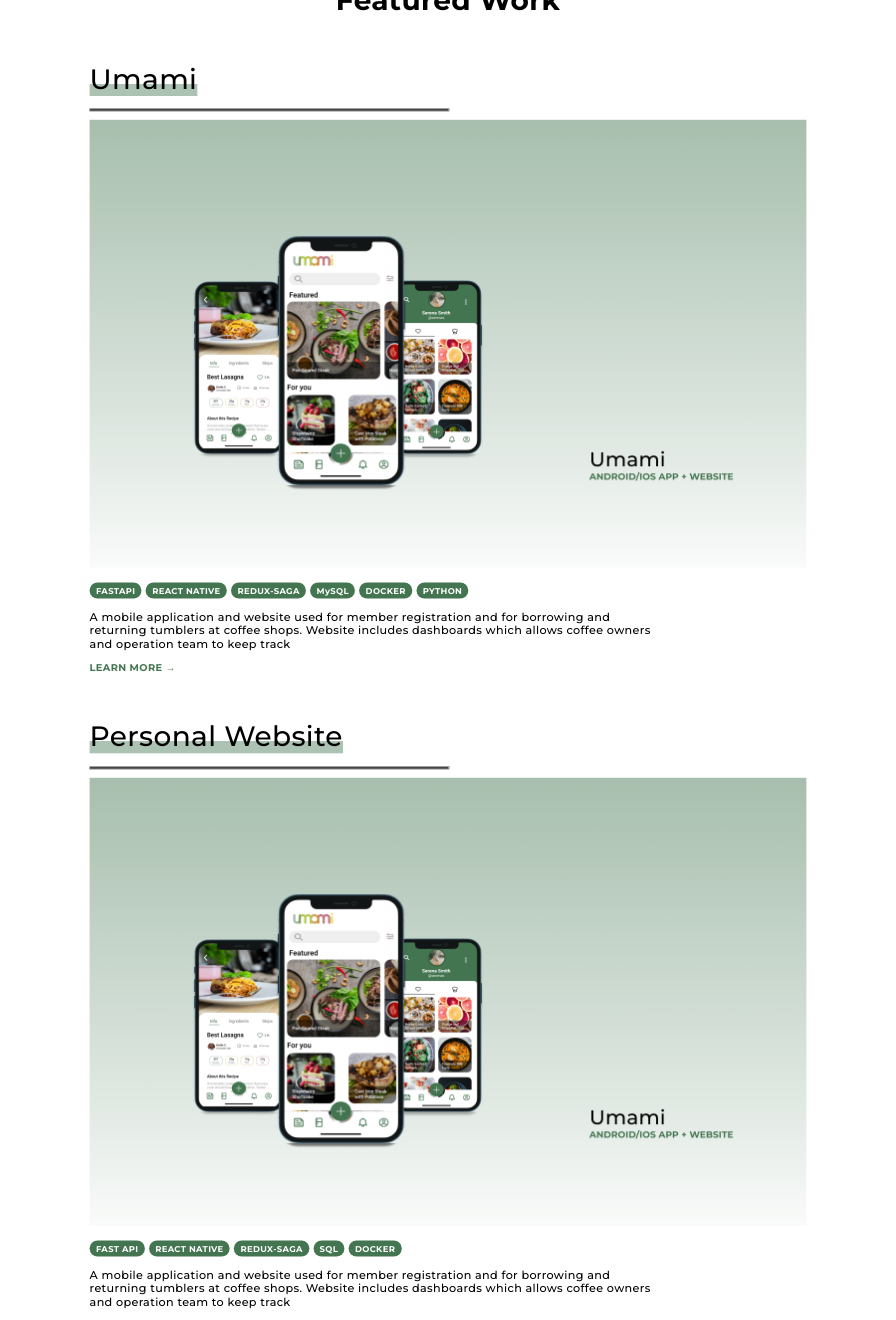
Repository: TangMartin/martintang
Page: index.html
An editor plug-in stored every save of this project. The page is shown before and after the next save, followed by the edit.
The browser window is 1280 px wide. The pictures show the part of the page from y = 1033 to 2953 px (the page is 2918 px tall before and 2953 px after), at 70% of full size.

Above is the page before, as saved 2021-11-24 21:46:19.

After the next save:
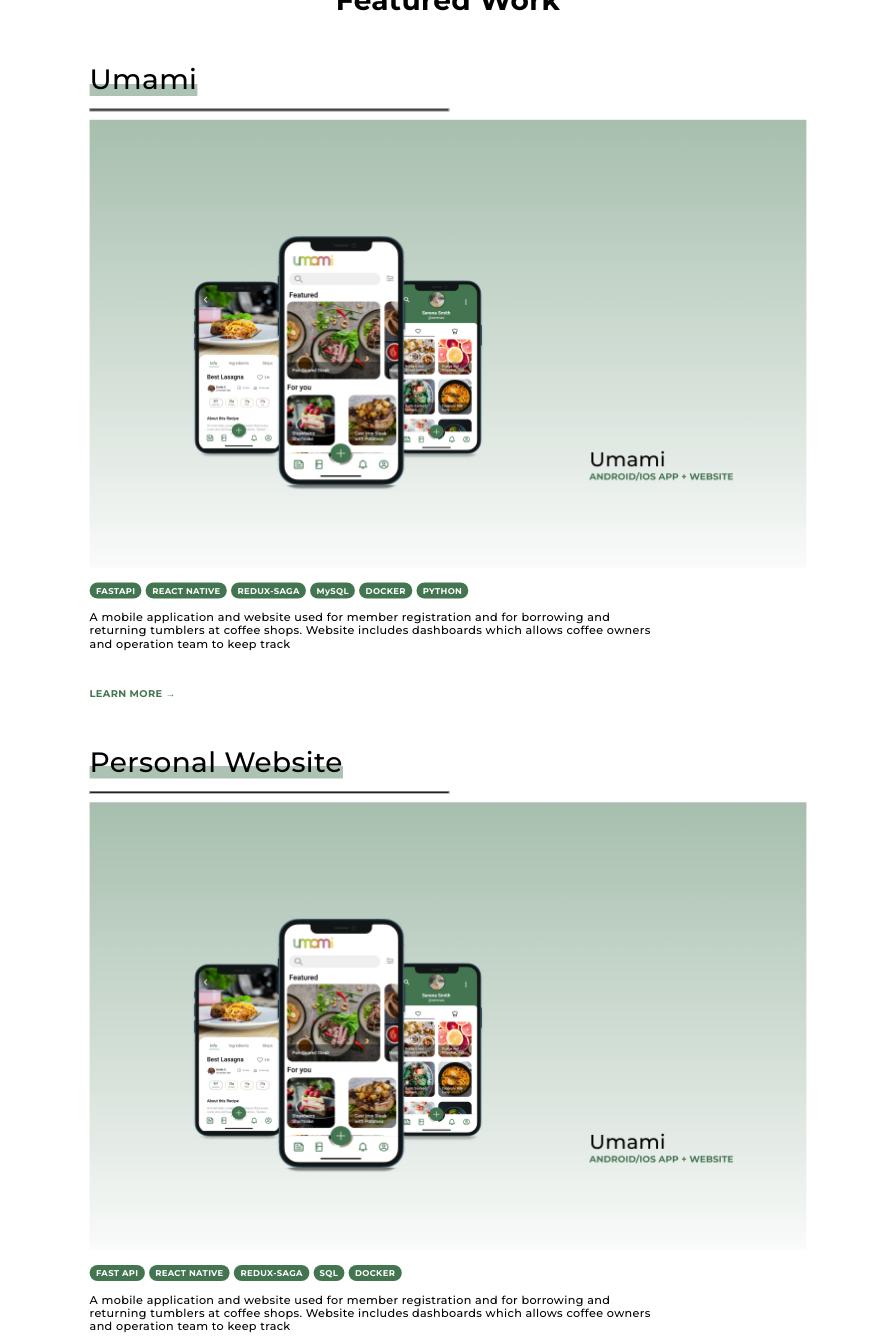
Saved 5 s later.
--- a/styles/style.css
+++ b/styles/style.css
@@ -104,7 +104,7 @@ h3 {
     margin-bottom: 1%;
 }
 .work_item h3{
-    margin-top: 1%;
+    margin-top: 5%;
     font-weight: bold;
     font-size: 14px;
     color: var(--umami-color);
